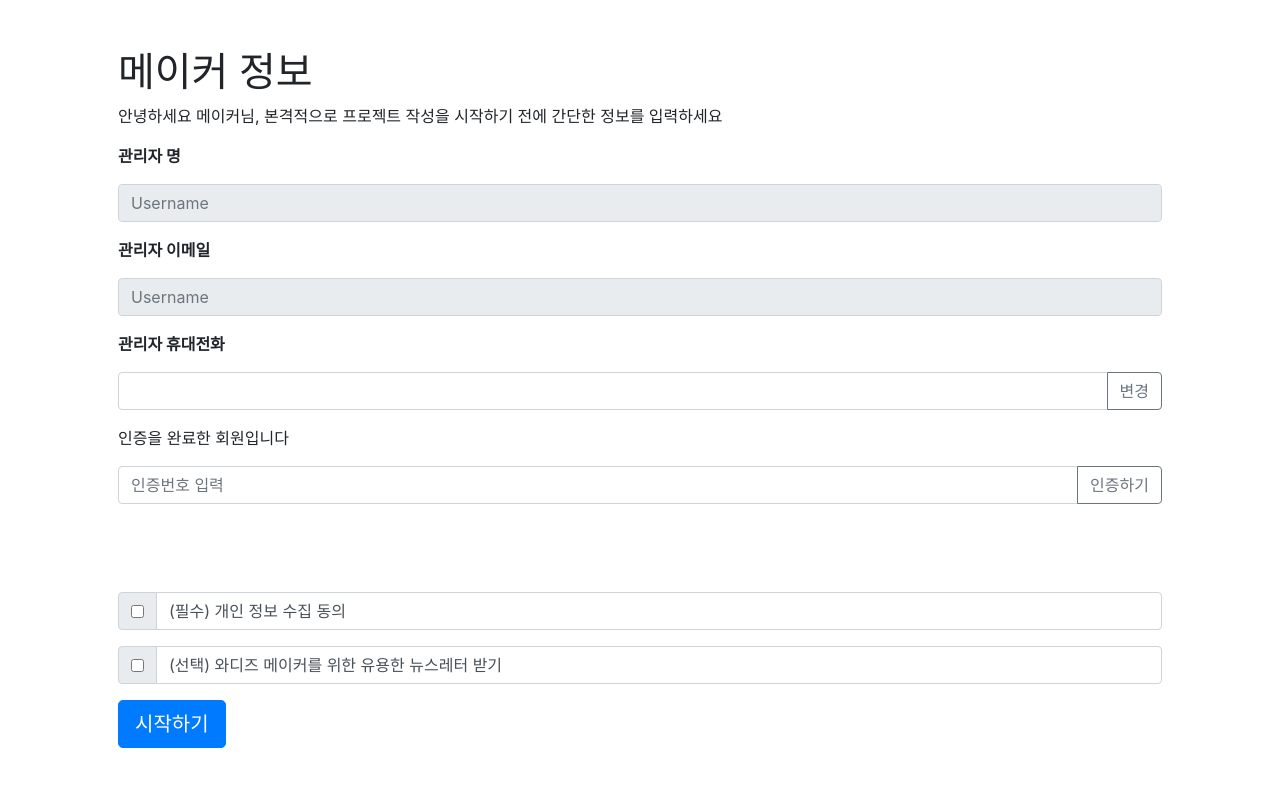
Repository: KIMJOOYEON97/springStudy
Page: http://localhost/interact_funding/WEB-INF/views/funding/fundingStart1.jsp
An editor plug-in stored every save of this project. The page is shown before and after the next save, followed by the edit.
The browser window is 1280 px wide. The pictures show the whole page.
The page is served by Tomcat 9. Nobody is signed in. Other server files are loaded and not shown. The template is opened directly, without the code that normally fills it, so the values that code supplies are empty.

Above is the page before, as saved 2021-06-07 11:26:44.

### interact_funding/src/main/webapp/WEB-INF/views/funding/fundingStart1.jsp
<%@ page language="java" contentType="text/html; charset=UTF-8"
    pageEncoding="UTF-8"%>
<%@ taglib prefix="c" uri="http://java.sun.com/jsp/jstl/core"%>
<%@ taglib prefix="fmt" uri="http://java.sun.com/jsp/jstl/fmt"%>
<%@ taglib prefix="fn" uri="http://java.sun.com/jsp/jstl/functions"%>
<!DOCTYPE html>
<html lang="en">
<head>
    <meta charset="UTF-8">
    <meta http-equiv="X-UA-Compatible" content="IE=edge">
    <meta name="viewport" content="width=device-width, initial-scale=1.0">
    <title>Start1 | IF Maker Studio</title>
    <link rel="stylesheet" href="https://maxcdn.bootstrapcdn.com/bootstrap/4.0.0/css/bootstrap.min.css" integrity="sha384-Gn5384xqQ1aoWXA+058RXPxPg6fy4IWvTNh0E263XmFcJlSAwiGgFAW/dAiS6JXm" crossorigin="anonymous">
    <script src="https://code.jquery.com/jquery-3.5.1.min.js"></script>
	<script src="https://stackpath.bootstrapcdn.com/bootstrap/3.4.1/js/bootstrap.min.js"></script>

</head>
<body>
    <section>
    <form id="insertMakerInfo">
        <div class ="container p-5">
            <h1>메이커 정보</h1>
            <p>안녕하세요 메이커님, 본격적으로 프로젝트 작성을 시작하기 전에 간단한 정보를 입력하세요</p>

            <p class="font-weight-bold">관리자 명</p>
            <div class="input-group mb-3">
                  <!-- 회원정보를 받아와서 value에 회원의 이름을 넣을 것 -->
                <input type="text" name ="makerName" class="form-control" placeholder="Username" aria-label="Username" aria-describedby="basic-addon1" readonly>
            </div>

            <p class="font-weight-bold">관리자 이메일</p>
            <div class="input-group mb-3">
                <!-- 회원정보를 받아와서 value에 회원의 이메일을 넣을 것 -->
              <input type="text" name="makerEmail" class="form-control" placeholder="Username" aria-label="Username" aria-describedby="basic-addon1" readonly>
            </div>

            <p class="font-weight-bold">관리자 휴대전화</p>
            <!-- 인증을 완료했을 경우 -->
            <div class="input-group mb-3">
                <!-- 회원정보를 받아와서 value에 휴대전화 번호를 넣을 것 -->
                <input type="text" name="makerPhone" class="form-control" aria-label="Recipient's username" aria-describedby="button-addon2">
                <div class="input-group-append">
                    <!-- 변경을 클릭하면 인증하기로 바뀔 것 | 인증하기를 클릭하면 재전송으로 바뀔것 -->
                    <button class="btn btn-outline-secondary" type="button" id="button-addon2">변경</button>
                </div>
            </div>
            <p class="font-weight-normal">인증을 완료한 회원입니다</p>


            <!-- 인증하기를 클릭해서 인증할 경우 -->
            <div class="input-group mb-3">
                <input type="text" class="form-control" placeholder="인증번호 입력" aria-label="Recipient's username" aria-describedby="basic-addon2">
                <div class="input-group-append">
                  <button class="btn btn-outline-secondary" type="button">인증하기</button>
                </div>
            </div>


            <br><br><br>
            <div class="input-group mb-3">
                <div class="input-group-prepend">
                    <div class="input-group-text">
                        <input type="checkbox" value aria-label="Checkbox for following text input">
                    </div>
                </div>
                <label type="text" class="form-control" aria-label="Text input with checkbox">(필수) 개인 정보 수집 동의
            </div>
            <div class="input-group mb-3">
                <div class="input-group-prepend ">
                    <div class="input-group-text ">
                        <input type="checkbox"  aria-label="Checkbox for following text input">
                    </div>
                </div>
                <label type="text" class="form-control" aria-label="Text input with checkbox" >(선택) 와디즈 메이커를 위한 유용한 뉴스레터 받기
            </div>
            <input type="submit" class="btn btn-primary btn-lg" value="시작하기"/>
        </div>
    </form>
    </section>

<script>
$("#insertMakerInfo").submit(e =>{
	e.preventDefault(); //폼제출 방지
	const $frm = $(e.target);
	const makerName = $frm.find("[name=makerName]").val();
	const makerEmail = $frm.find("[name=makerEmail]").val();
	const makerPhone = $frm.find("[name=makerPhone]").val();


	const makerInfo ={
		makerName,
		makerEmail,
		makerPhone

	};

	console.log(makerInfo);

	$.ajax({
		url:"${pageContext.request.contextPath}/funding/fundingStart2",
		data: JSON.stringify(makerInfo),
		contentType: "application/json; charset=utf-8",
		method: "POST",
		success(data){
			//console.log(data);
			const {msg} = data;
			alert(msg);
		},
		error: console.log,
		complete(){
			e.target.reset(); //폼초기화
			}
		});

});

</script>
</body>
</html>

After the next save:
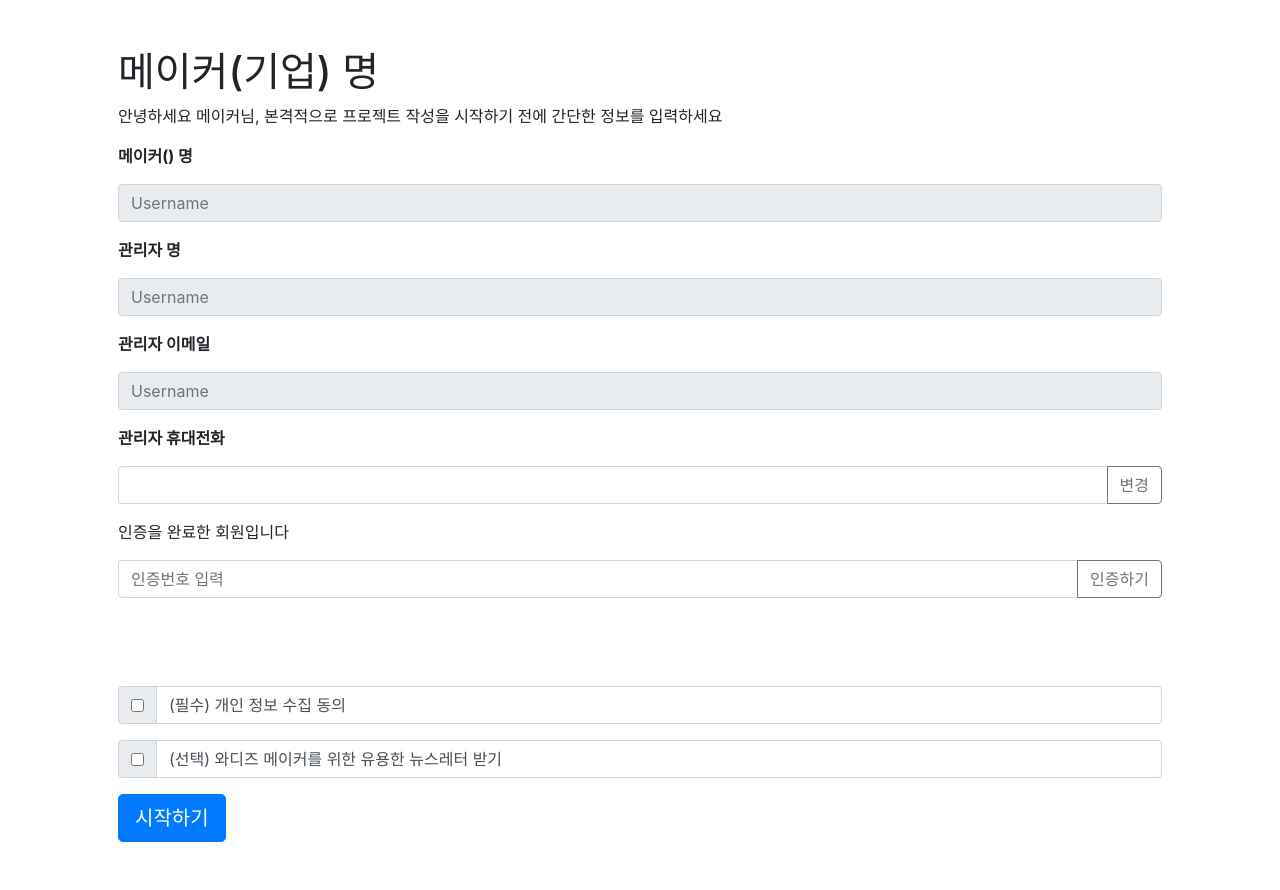
Saved 9 min 1 s later.
--- a/interact_funding/src/main/webapp/WEB-INF/views/funding/fundingStart1.jsp
+++ b/interact_funding/src/main/webapp/WEB-INF/views/funding/fundingStart1.jsp
@@ -19,8 +19,15 @@
     <section>
     <form id="insertMakerInfo">
         <div class ="container p-5">
-            <h1>메이커 정보</h1>
+            <h1>메이커(기업) 명</h1>
             <p>안녕하세요 메이커님, 본격적으로 프로젝트 작성을 시작하기 전에 간단한 정보를 입력하세요</p>
+
+            <p class="font-weight-bold">메이커() 명</p>
+            <div class="input-group mb-3">
+                  <!-- 회원정보를 받아와서 value에 회원의 이름을 넣을 것 -->
+                <input type="text" name ="makerName" class="form-control" placeholder="Username" aria-label="Username" aria-describedby="basic-addon1" readonly>
+            </div>
+
 
             <p class="font-weight-bold">관리자 명</p>
             <div class="input-group mb-3">
